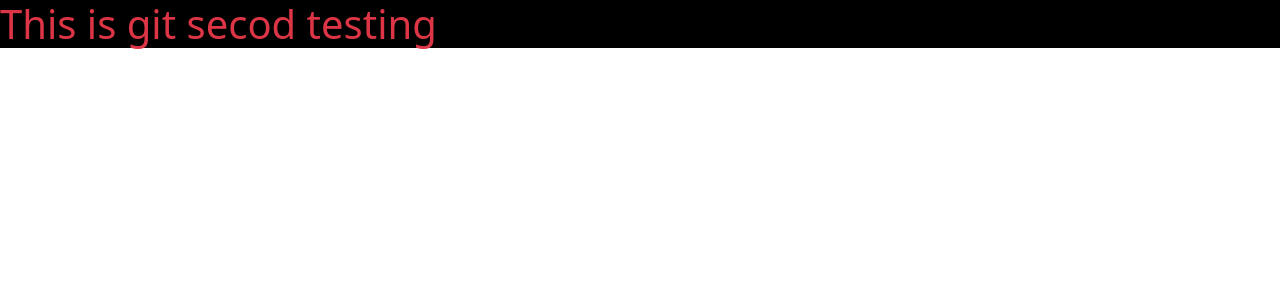
Repository: Sitnyein/sanji
Page: index1.html
The author's editor kept a copy of each file at every save. The page is drawn from the files as they stood at one save, then again after the next save.
The browser window is 1280 px wide. The pictures show the whole page.

Above is the page before, as saved 2023-05-23 05:32:39.

### index1.html
<!DOCTYPE html>
<html lang="en">
<head>
    <meta charset="UTF-8">
    <meta http-equiv="X-UA-Compatible" content="IE=edge">
    <meta name="viewport" content="width=device-width, initial-scale=1.0">
   <title>Document</title>
   <link href="https://cdn.jsdelivr.net/npm/bootstrap@5.3.0-alpha3/dist/css/bootstrap.min.css" rel="stylesheet" integrity="sha384-KK94CHFLLe+nY2dmCWGMq91rCGa5gtU4mk92HdvYe+M/SXH301p5ILy+dN9+nJOZ" crossorigin="anonymous">
</head>
<body>
    <!-- header start  -->
    <h1 class=" text-danger bg-black">This is git secod  testing</h1>
    <!-- header end  -->
</body>
</html>

After the next save:
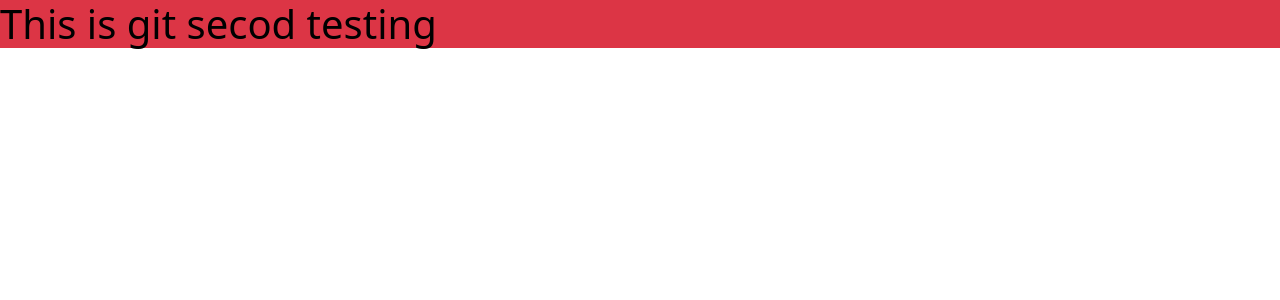
Saved 17 min 4 s later.
--- a/index1.html
+++ b/index1.html
@@ -9,7 +9,7 @@
 </head>
 <body>
     <!-- header start  -->
-    <h1 class=" text-danger bg-black">This is git secod  testing</h1>
+    <h1 class=" text-black bg-danger">This is git secod  testing</h1>
     <!-- header end  -->
 </body>
 </html>
